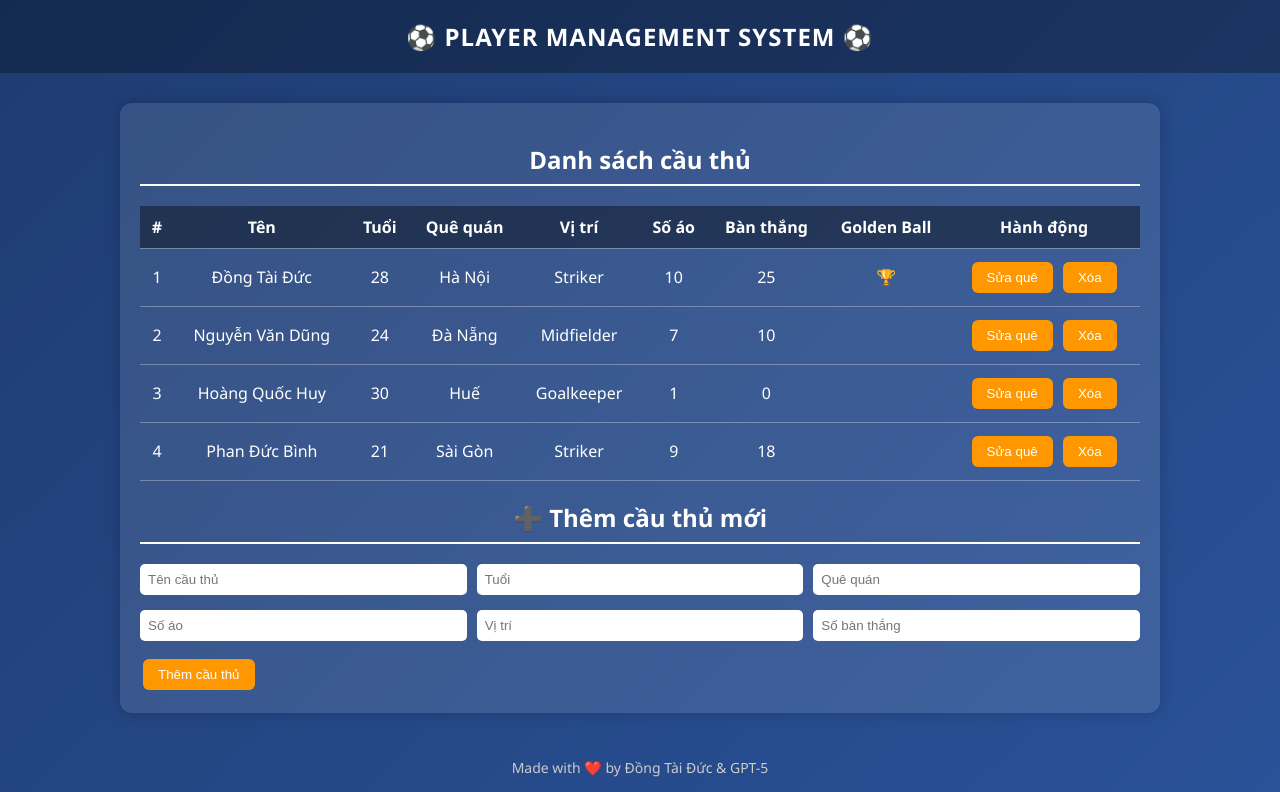
Repository: binhphanbp/ECMAScript_WEB501_WD20301
Page: class_TranBaHo/lessson9/lesson9.html
These files come from the project's save history. The page is drawn as it stood at one moment and after the next save; the edit follows.
The browser window is 1280 px wide. The pictures show the whole page.

Above is the page before, as saved 2025-10-09 11:14:54.

### class_TranBaHo/lessson9/lesson9.html
<!DOCTYPE html>
<html lang="vi">
  <head>
    <meta charset="UTF-8" />
    <meta name="viewport" content="width=device-width, initial-scale=1.0" />
    <title>Player Management System ⚽</title>
    <style>
      /* 🎨 CSS đẹp mắt */
      body {
        font-family: 'Segoe UI', Tahoma, Geneva, Verdana, sans-serif;
        background: linear-gradient(135deg, #1e3c72, #2a5298);
        color: #fff;
        margin: 0;
        padding: 0;
      }

      header {
        text-align: center;
        padding: 20px 0;
        background: rgba(0, 0, 0, 0.3);
        font-size: 24px;
        font-weight: bold;
        letter-spacing: 1px;
      }

      .container {
        width: 90%;
        max-width: 1000px;
        margin: 30px auto;
        background: rgba(255, 255, 255, 0.1);
        border-radius: 12px;
        padding: 20px;
        box-shadow: 0 0 15px rgba(0, 0, 0, 0.2);
      }

      h2 {
        text-align: center;
        border-bottom: 2px solid #fff;
        padding-bottom: 8px;
        margin-bottom: 20px;
      }

      table {
        width: 100%;
        border-collapse: collapse;
        margin-bottom: 20px;
      }

      th,
      td {
        border-bottom: 1px solid rgba(255, 255, 255, 0.3);
        padding: 10px;
        text-align: center;
      }

      th {
        background: rgba(0, 0, 0, 0.4);
      }

      tr:hover {
        background: rgba(255, 255, 255, 0.15);
      }

      button {
        background: #ff9800;
        border: none;
        padding: 8px 15px;
        margin: 3px;
        border-radius: 6px;
        color: #fff;
        cursor: pointer;
        transition: 0.3s;
      }

      button:hover {
        background: #ffc107;
        color: #000;
      }

      .form-group {
        display: flex;
        gap: 10px;
        margin-bottom: 15px;
      }

      input {
        flex: 1;
        padding: 8px;
        border-radius: 5px;
        border: none;
      }

      .highlight {
        color: #ffeb3b;
        font-weight: bold;
      }

      footer {
        text-align: center;
        padding: 15px 0;
        font-size: 14px;
        color: #ccc;
      }
    </style>
  </head>
  <body>
    <header>⚽ PLAYER MANAGEMENT SYSTEM ⚽</header>

    <div class="container">
      <h2>Danh sách cầu thủ</h2>
      <table id="playerTable">
        <thead>
          <tr>
            <th>#</th>
            <th>Tên</th>
            <th>Tuổi</th>
            <th>Quê quán</th>
            <th>Vị trí</th>
            <th>Số áo</th>
            <th>Bàn thắng</th>
            <th>Golden Ball</th>
            <th>Hành động</th>
          </tr>
        </thead>
        <tbody></tbody>
      </table>

      <h2>➕ Thêm cầu thủ mới</h2>
      <div class="form-group">
        <input type="text" id="name" placeholder="Tên cầu thủ" />
        <input type="number" id="age" placeholder="Tuổi" />
        <input type="text" id="address" placeholder="Quê quán" />
      </div>
      <div class="form-group">
        <input type="number" id="shirtNumber" placeholder="Số áo" />
        <input type="text" id="position" placeholder="Vị trí" />
        <input type="number" id="goals" placeholder="Số bàn thắng" />
      </div>
      <button onclick="addNewPlayer()">Thêm cầu thủ</button>
    </div>

    <footer>Made with ❤️ by Đồng Tài Đức & GPT-5</footer>

    <script>
      // ======== CLASS DEFINE ==========
      class Human {
        constructor(name, age, address) {
          this.name = name;
          this.age = age;
          this.address = address;
        }

        getInfo = () =>
          `Name: ${this.name}, Age: ${this.age}, Address: ${this.address}`;
        getAge = () => this.age;
        getAddress = () => this.address;
        setAddress = (newAddress) => (this.address = newAddress);
      }

      class Player extends Human {
        constructor(
          name,
          age,
          address,
          shirtNumber,
          position,
          goals,
          isGoldenBall = false
        ) {
          super(name, age, address);
          this.shirtNumber = shirtNumber;
          this.position = position;
          this.goals = goals;
          this.isGoldenBall = isGoldenBall;
        }

        getInfo = () => {
          return `#${this.shirtNumber} - ${this.name} (${this.age} tuổi) - ${
            this.position
          } | Address: ${this.address} | Goals: ${this.goals} ${
            this.isGoldenBall ? '🏆' : ''
          }`;
        };
      }

      // ======== DATA ==========
      let players = [
        new Player('Đồng Tài Đức', 28, 'Hà Nội', 10, 'Striker', 25, true),
        new Player('Nguyễn Văn Dũng', 24, 'Đà Nẵng', 7, 'Midfielder', 10),
        new Player('Hoàng Quốc Huy', 30, 'Huế', 1, 'Goalkeeper', 0),
        new Player('Phan Đức Bình', 21, 'Sài Gòn', 9, 'Striker', 18),
      ];

      // ======== FUNCTIONS ==========
      const renderPlayers = () => {
        const tbody = document.querySelector('#playerTable tbody');
        tbody.innerHTML = '';
        players.forEach((p, i) => {
          const tr = document.createElement('tr');
          tr.innerHTML = `
            <td>${i + 1}</td>
            <td>${p.name}</td>
            <td>${p.age}</td>
            <td>${p.address}</td>
            <td>${p.position}</td>
            <td>${p.shirtNumber}</td>
            <td>${p.goals}</td>
            <td>${p.isGoldenBall ? '🏆' : ''}</td>
            <td>
              <button onclick="editAddress('${p.name}')">Sửa quê</button>
              <button onclick="deletePlayer('${p.name}')">Xóa</button>
            </td>
          `;
          tbody.appendChild(tr);
        });
      };

      const addNewPlayer = () => {
        const name = document.getElementById('name').value;
        const age = +document.getElementById('age').value;
        const address = document.getElementById('address').value;
        const shirtNumber = +document.getElementById('shirtNumber').value;
        const position = document.getElementById('position').value;
        const goals = +document.getElementById('goals').value;

        if (
          !name ||
          !age ||
          !address ||
          !shirtNumber ||
          !position ||
          isNaN(goals)
        ) {
          alert('Vui lòng nhập đầy đủ thông tin!');
          return;
        }

        players.push(
          new Player(name, age, address, shirtNumber, position, goals)
        );
        renderPlayers();
        document.querySelectorAll('input').forEach((i) => (i.value = ''));
      };

      const editAddress = (name) => {
        const newAddress = prompt('Nhập quê quán mới:');
        if (!newAddress) return;
        const player = players.find((p) => p.name === name);
        if (player) {
          player.setAddress(newAddress);
          renderPlayers();
        }
      };

      const deletePlayer = (name) => {
        if (confirm(`Bạn có chắc muốn xóa ${name}?`)) {
          players = players.filter((p) => p.name !== name);
          renderPlayers();
        }
      };

      // ======== INIT ==========
      renderPlayers();
    </script>
  </body>
</html>

After the next save:
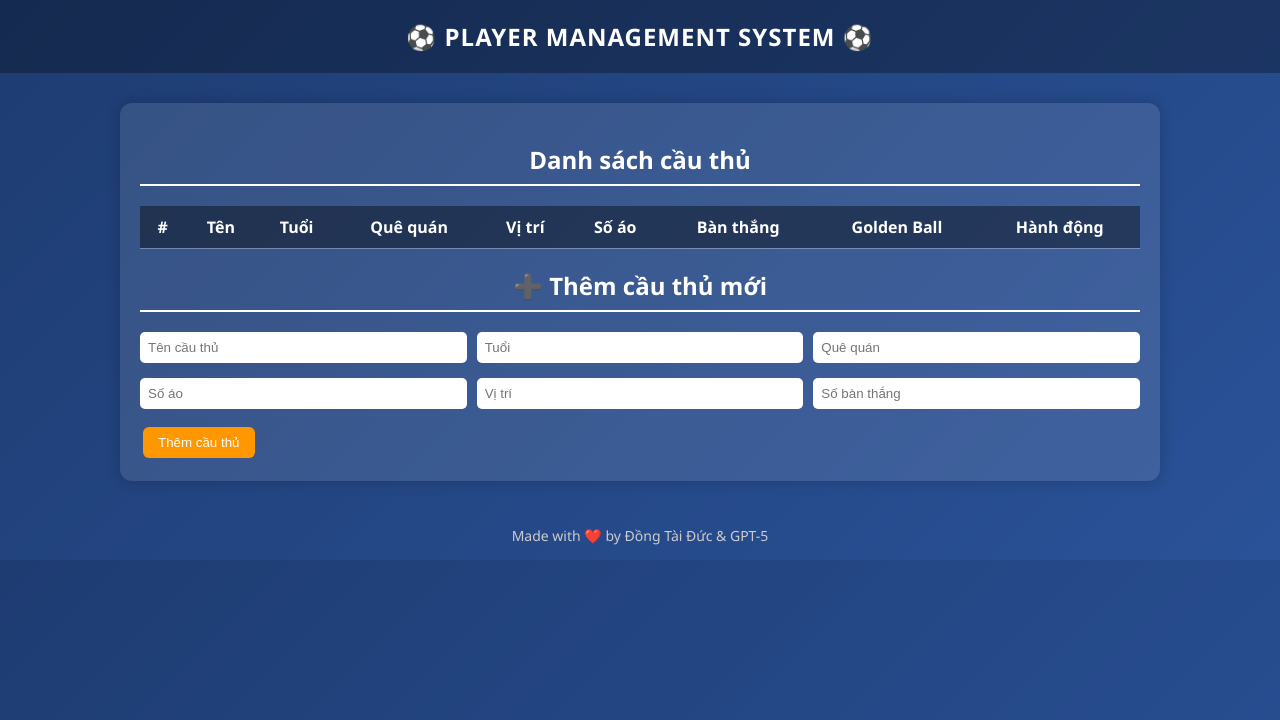
Saved 17 s later.
--- a/class_TranBaHo/lessson9/lesson9.html
+++ b/class_TranBaHo/lessson9/lesson9.html
@@ -141,126 +141,6 @@
 
     <footer>Made with ❤️ by Đồng Tài Đức & GPT-5</footer>
 
-    <script>
-      // ======== CLASS DEFINE ==========
-      class Human {
-        constructor(name, age, address) {
-          this.name = name;
-          this.age = age;
-          this.address = address;
-        }
-
-        getInfo = () =>
-          `Name: ${this.name}, Age: ${this.age}, Address: ${this.address}`;
-        getAge = () => this.age;
-        getAddress = () => this.address;
-        setAddress = (newAddress) => (this.address = newAddress);
-      }
-
-      class Player extends Human {
-        constructor(
-          name,
-          age,
-          address,
-          shirtNumber,
-          position,
-          goals,
-          isGoldenBall = false
-        ) {
-          super(name, age, address);
-          this.shirtNumber = shirtNumber;
-          this.position = position;
-          this.goals = goals;
-          this.isGoldenBall = isGoldenBall;
-        }
-
-        getInfo = () => {
-          return `#${this.shirtNumber} - ${this.name} (${this.age} tuổi) - ${
-            this.position
-          } | Address: ${this.address} | Goals: ${this.goals} ${
-            this.isGoldenBall ? '🏆' : ''
-          }`;
-        };
-      }
-
-      // ======== DATA ==========
-      let players = [
-        new Player('Đồng Tài Đức', 28, 'Hà Nội', 10, 'Striker', 25, true),
-        new Player('Nguyễn Văn Dũng', 24, 'Đà Nẵng', 7, 'Midfielder', 10),
-        new Player('Hoàng Quốc Huy', 30, 'Huế', 1, 'Goalkeeper', 0),
-        new Player('Phan Đức Bình', 21, 'Sài Gòn', 9, 'Striker', 18),
-      ];
-
-      // ======== FUNCTIONS ==========
-      const renderPlayers = () => {
-        const tbody = document.querySelector('#playerTable tbody');
-        tbody.innerHTML = '';
-        players.forEach((p, i) => {
-          const tr = document.createElement('tr');
-          tr.innerHTML = `
-            <td>${i + 1}</td>
-            <td>${p.name}</td>
-            <td>${p.age}</td>
-            <td>${p.address}</td>
-            <td>${p.position}</td>
-            <td>${p.shirtNumber}</td>
-            <td>${p.goals}</td>
-            <td>${p.isGoldenBall ? '🏆' : ''}</td>
-            <td>
-              <button onclick="editAddress('${p.name}')">Sửa quê</button>
-              <button onclick="deletePlayer('${p.name}')">Xóa</button>
-            </td>
-          `;
-          tbody.appendChild(tr);
-        });
-      };
-
-      const addNewPlayer = () => {
-        const name = document.getElementById('name').value;
-        const age = +document.getElementById('age').value;
-        const address = document.getElementById('address').value;
-        const shirtNumber = +document.getElementById('shirtNumber').value;
-        const position = document.getElementById('position').value;
-        const goals = +document.getElementById('goals').value;
-
-        if (
-          !name ||
-          !age ||
-          !address ||
-          !shirtNumber ||
-          !position ||
-          isNaN(goals)
-        ) {
-          alert('Vui lòng nhập đầy đủ thông tin!');
-          return;
-        }
-
-        players.push(
-          new Player(name, age, address, shirtNumber, position, goals)
-        );
-        renderPlayers();
-        document.querySelectorAll('input').forEach((i) => (i.value = ''));
-      };
-
-      const editAddress = (name) => {
-        const newAddress = prompt('Nhập quê quán mới:');
-        if (!newAddress) return;
-        const player = players.find((p) => p.name === name);
-        if (player) {
-          player.setAddress(newAddress);
-          renderPlayers();
-        }
-      };
-
-      const deletePlayer = (name) => {
-        if (confirm(`Bạn có chắc muốn xóa ${name}?`)) {
-          players = players.filter((p) => p.name !== name);
-          renderPlayers();
-        }
-      };
-
-      // ======== INIT ==========
-      renderPlayers();
-    </script>
+    <script></script>
   </body>
 </html>
